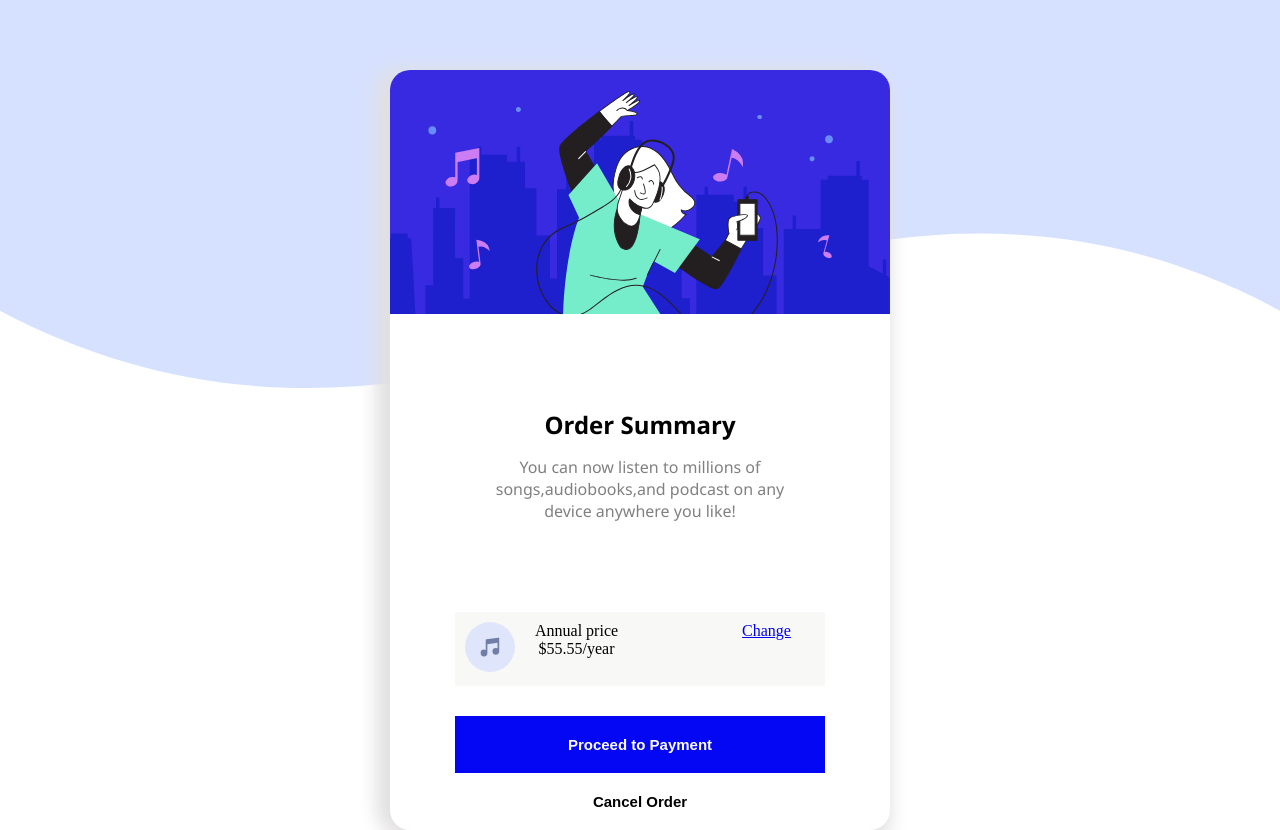
Repository: Eugene44-hub/newbie-project
Page: index.html
The author's editor kept a copy of each file at every save. The page is drawn from the files as they stood at one save, then again after a run of saves.
The browser window is 1280 px wide. The pictures show the whole page.

Above is the page before, as saved 2021-08-29 10:08:01.

After the next 2 saves:
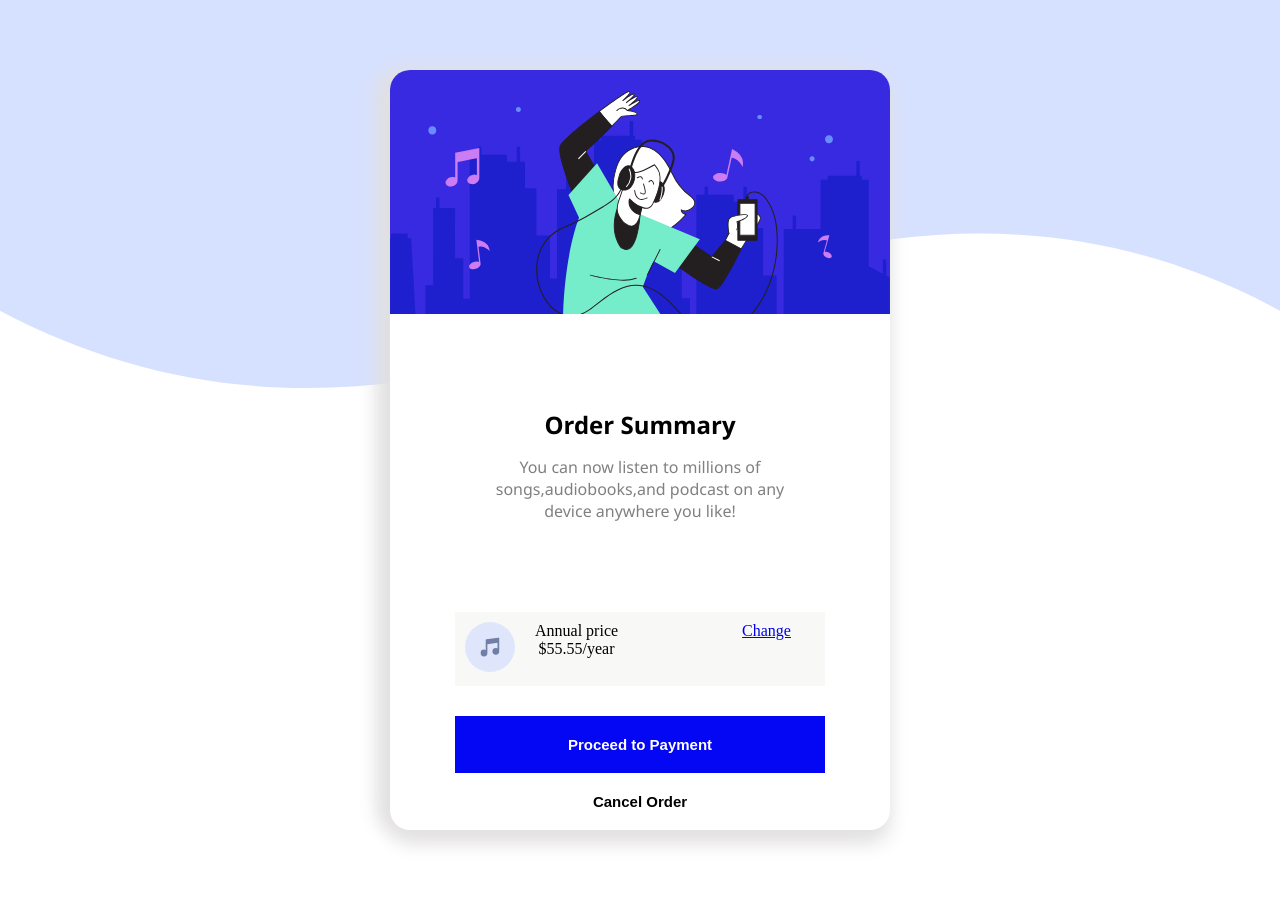
The 2 saves are shown as one change because they came seconds apart.
The last was saved 6 s later.
--- a/style.css
+++ b/style.css
@@ -18,7 +18,7 @@
 
 .card {
     margin-top: 70px;
-    margi padding: 40px;
+    margin-bottom: 70px;
 }
 
 img {
